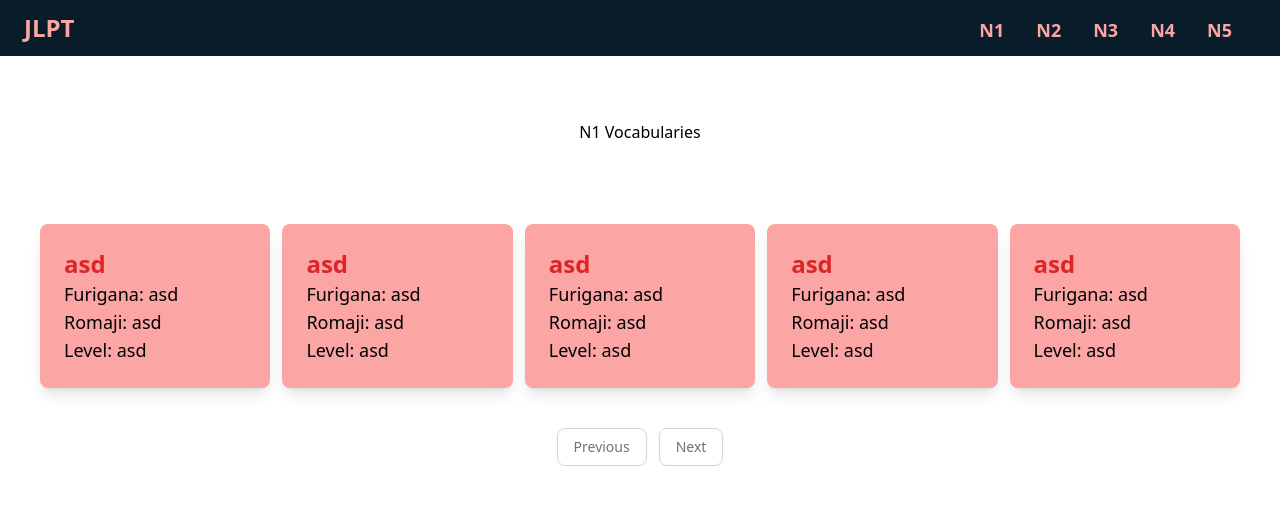
Repository: Penglee25/JLPT-vocabulary
Page: /n1
An editor plug-in stored every save of this project. The page is shown before and after the next save, followed by the edit.
The browser window is 1280 px wide. The pictures show the whole page.
The project was rebuilt for these pictures with package versions that can differ from the ones it lists, and the page was loaded fresh each time. The framework's server and built-in components were replaced by stand-ins that run in the browser. Also part of the build but not shown: next.config.js, src/styles/main.css.

Above is the page before, as saved 2023-03-17 15:05:38.

After the next save:
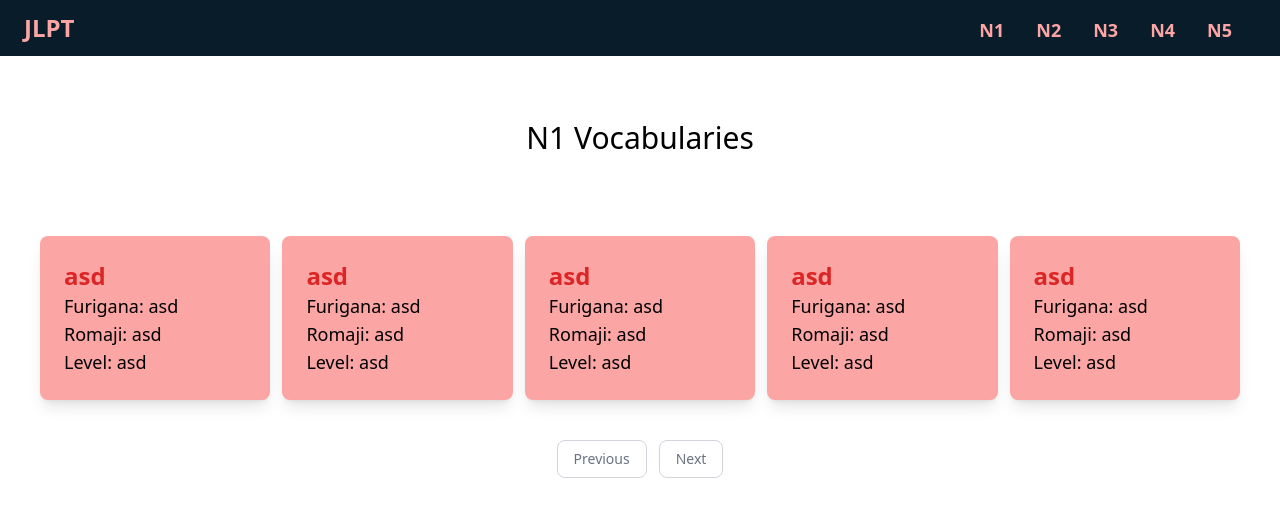
Saved 4 s later.
--- a/src/pages/n1.tsx
+++ b/src/pages/n1.tsx
@@ -8,7 +8,7 @@ export default function n1() {
             <div className="container p-10">
 
                 <div className="text-center my-20">
-                    <span className="">N1 Vocabularies</span>
+                    <span className="text-3xl">N1 Vocabularies</span>
                 </div>
 
                 <div className=" grid md:grid-cols-5 gap-3 grid-cols-3">
